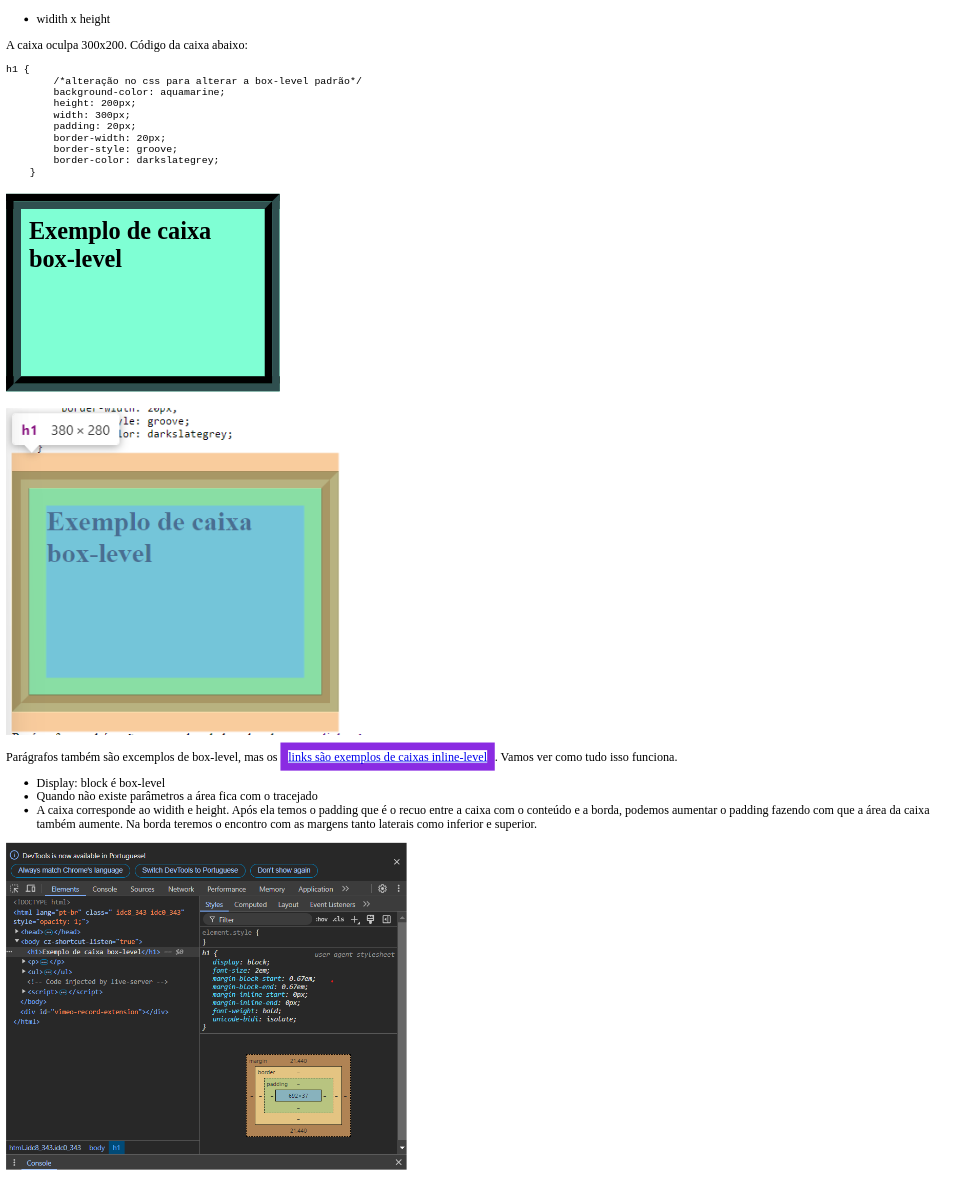
Repository: Willcmorais/vscode-workspace
Page: html-css/curso-em-video/modulo02/estudos/ex026-caixas/caixa01.html
An editor plug-in stored every save of this project. The page is shown before and after the next save, followed by the edit.
The browser window is 1280 px wide. The pictures show the whole page, at 76% of full size.

Above is the page before, as saved 2024-09-24 10:49:58.

### html-css/curso-em-video/modulo02/estudos/ex026-caixas/caixa01.html
<!DOCTYPE html>
<html lang="pt-br">

<head>
    <meta charset="UTF-8">
    <meta name="viewport" content="width=device-width, initial-scale=1.0">
    <link rel="stylesheet" href="style.css">
    <title>Modelo de Caixas</title>
</head>

<body>
    <ul>
        <li>widith x height</li>
    </ul>
    <p>A caixa oculpa 300x200. Código da caixa abaixo:</p>
    <pre><code>h1 {
        /*alteração no css para alterar a box-level padrão*/
        background-color: aquamarine;
        height: 200px;
        width: 300px;
        padding: 20px;
        border-width: 20px;
        border-style: groove;
        border-color: darkslategrey;
    }</code></pre>
    <h1>Exemplo de caixa box-level</h1>
    <img src="imgs/img2.png" alt="detalhes">
    <p>
        Parágrafos também são excemplos de box-level, mas os <a href="#">links são exemplos de caixas inline-level</a>.
        Vamos ver como tudo isso funciona.</p>
    <ul>
        <li>Display: block é box-level</li>
        <li>Quando não existe parâmetros a área fica com o tracejado</li>
        <li>A caixa corresponde ao widith e height. Após ela temos o padding que é o recuo entre a caixa com o conteúdo
            e a borda, podemos aumentar o padding fazendo com que a área da caixa também aumente. Na borda teremos o
            encontro com as margens tanto laterais como inferior e superior.</li>
    </ul>

    <img src="imgs/img1.png" alt="devltools caixas">
</body>

</html>

### html-css/curso-em-video/modulo02/estudos/ex026-caixas/style.css
@charset "utf8";

h1 {
    /*alteração no css para alterar a box-level padrão*/
    background-color: aquamarine;
    height: 200px;
    width: 300px;
    padding-top: 10px;
    padding-right: 10px;
    padding-bottom: 10px;
    padding-left: 10px;
    /*padding: 20px;*/
    border-width: 20px;
    border-style: groove;
    border-color: darkslategrey;
}

/*parâmetro em css para a ancora*/
a {
    border-width: 10px;
    border-style: solid;
    border-color: blueviolet;
}

img {
    height: 430px;
}

After the next save:
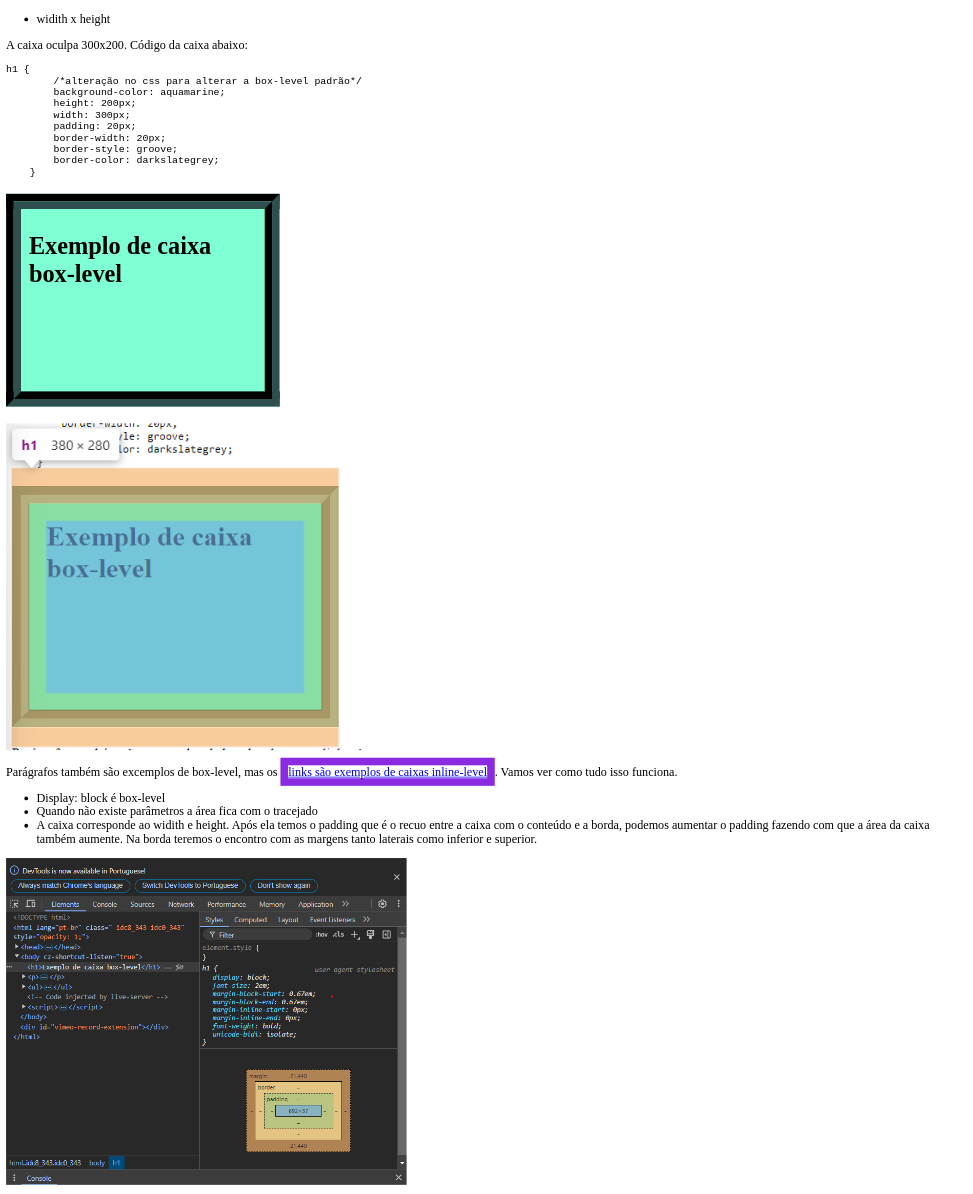
Saved 57 s later.
--- a/html-css/curso-em-video/modulo02/estudos/ex026-caixas/style.css
+++ b/html-css/curso-em-video/modulo02/estudos/ex026-caixas/style.css
@@ -5,7 +5,7 @@ h1 {
     background-color: aquamarine;
     height: 200px;
     width: 300px;
-    padding-top: 10px;
+    padding-top: 30px;
     padding-right: 10px;
     padding-bottom: 10px;
     padding-left: 10px;
